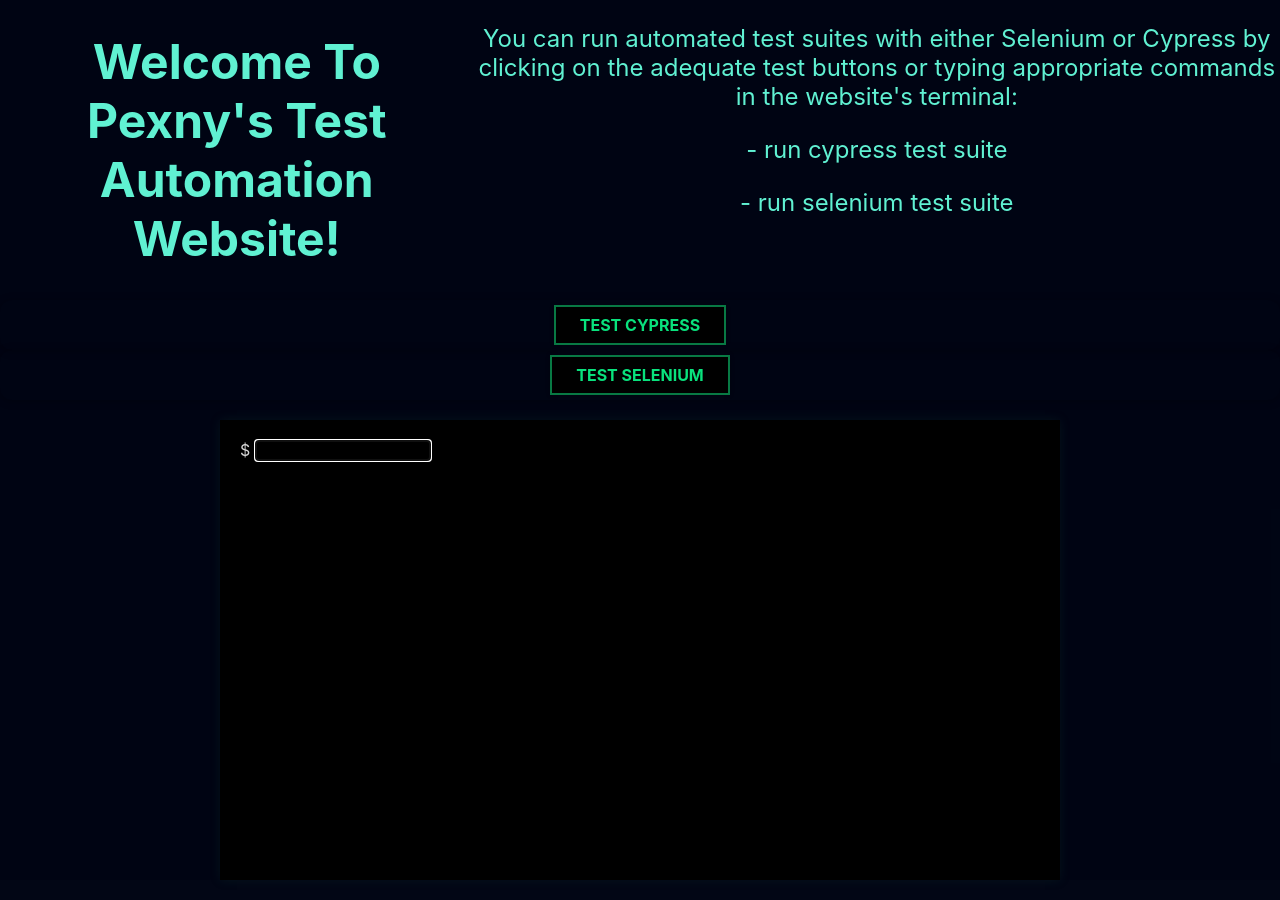
Repository: p3xny/Test-Automation-Website
Page: / (app in client/)
An editor plug-in stored every save of this project. The page is shown before and after the next save, followed by the edit.
The browser window is 1280 px wide. The pictures show the whole page.
The project was rebuilt for these pictures with package versions that can differ from the ones it lists, and the page was loaded fresh each time. Also part of the build but not shown: client/src/components/UI/TestMenu.js.

Above is the page before, as saved 2023-08-23 23:15:48.

After the next save:
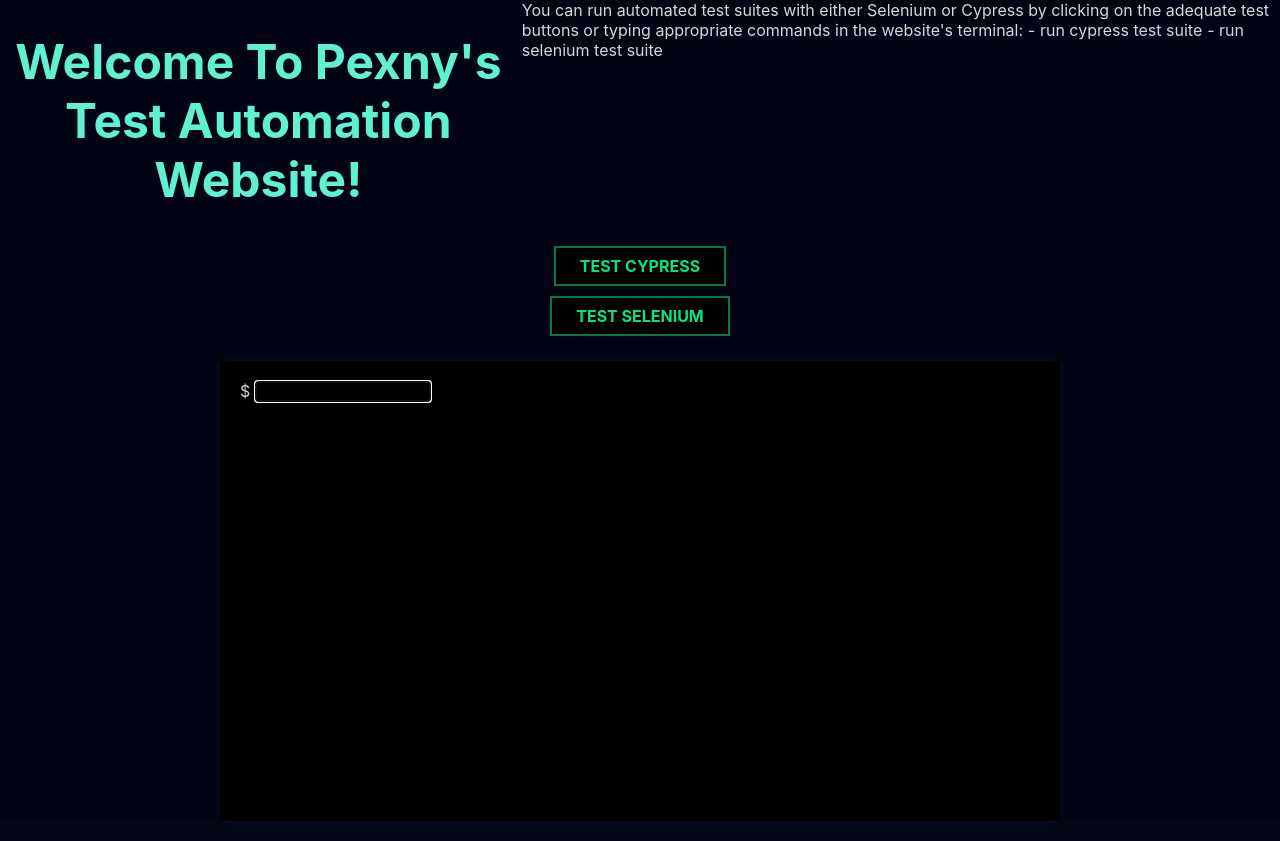
Saved 18 s later.
--- a/client/src/components/UI/WelcomeMessage.js
+++ b/client/src/components/UI/WelcomeMessage.js
@@ -6,13 +6,13 @@
   return (
     <div className={styles.WelcomeMessage}>
       <h1>Welcome To Pexny's Test Automation Website!</h1>
-      <p>
+      <span>
         You can run automated test suites with either Selenium or Cypress by
         clicking on the adequate test buttons or typing appropriate commands in
         the website's terminal:
-        <p>- run cypress test suite</p>
-        <p>- run selenium test suite</p>
-      </p>
+        <span>- run cypress test suite</span>
+        <span>- run selenium test suite</span>
+      </span>
     </div>
   );
 };
